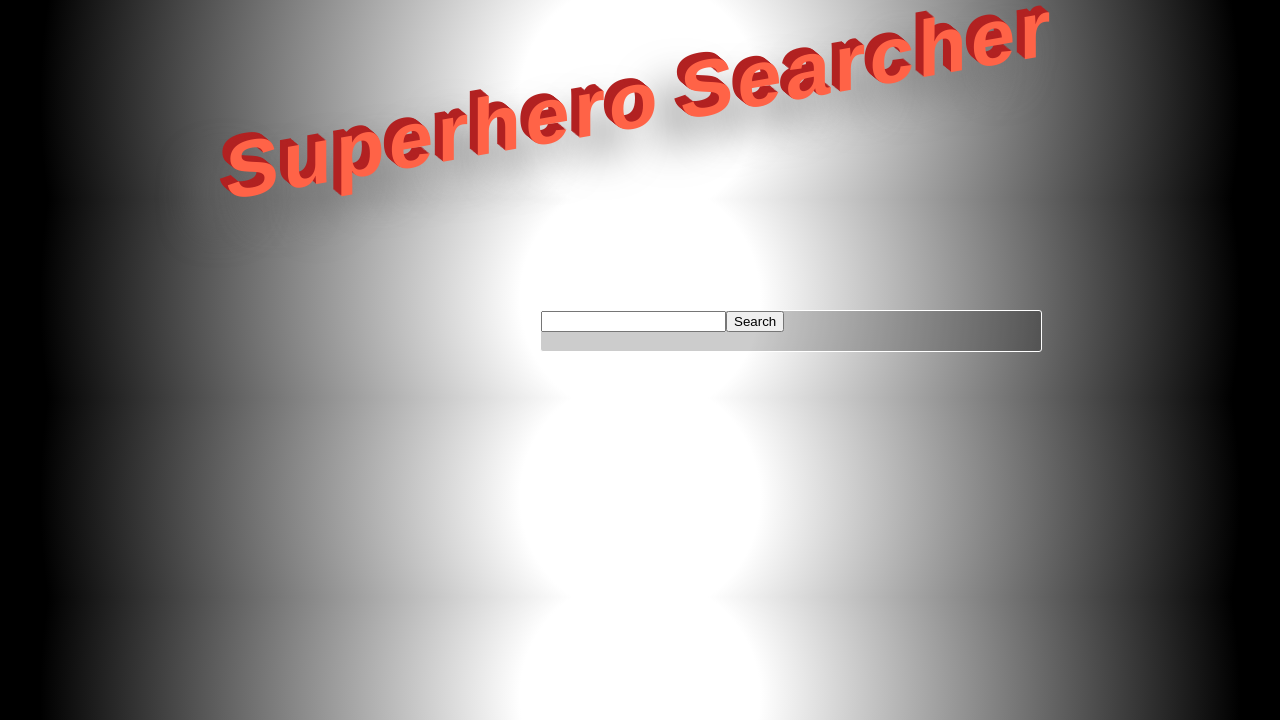
Repository: savi1623/SuperheroSearcher
Page: / (app in my-app/)
The author's editor kept a copy of each file at every save. The page is drawn from the files as they stood at one save, then again after a run of saves.
The browser window is 1280 px wide. The pictures show the whole page.
The project was rebuilt for these pictures with package versions that can differ from the ones it lists, and the page was loaded fresh each time. Also part of the build but not shown: my-app/src/SuperImage/SuperImage.scss, my-app/src/SuperImage/SuperImage.js, my-app/src/Stats/Stats.scss, my-app/src/Stats/Stats.js, my-app/src/Biography/Biography.scss, my-app/src/Biography/Biography.js, my-app/src/Apperance/Apperance.scss, my-app/src/Apperance/Apperance.js and 8 more.

Above is the page before, as saved 2020-02-28 10:47:23.

After the next 2 saves:
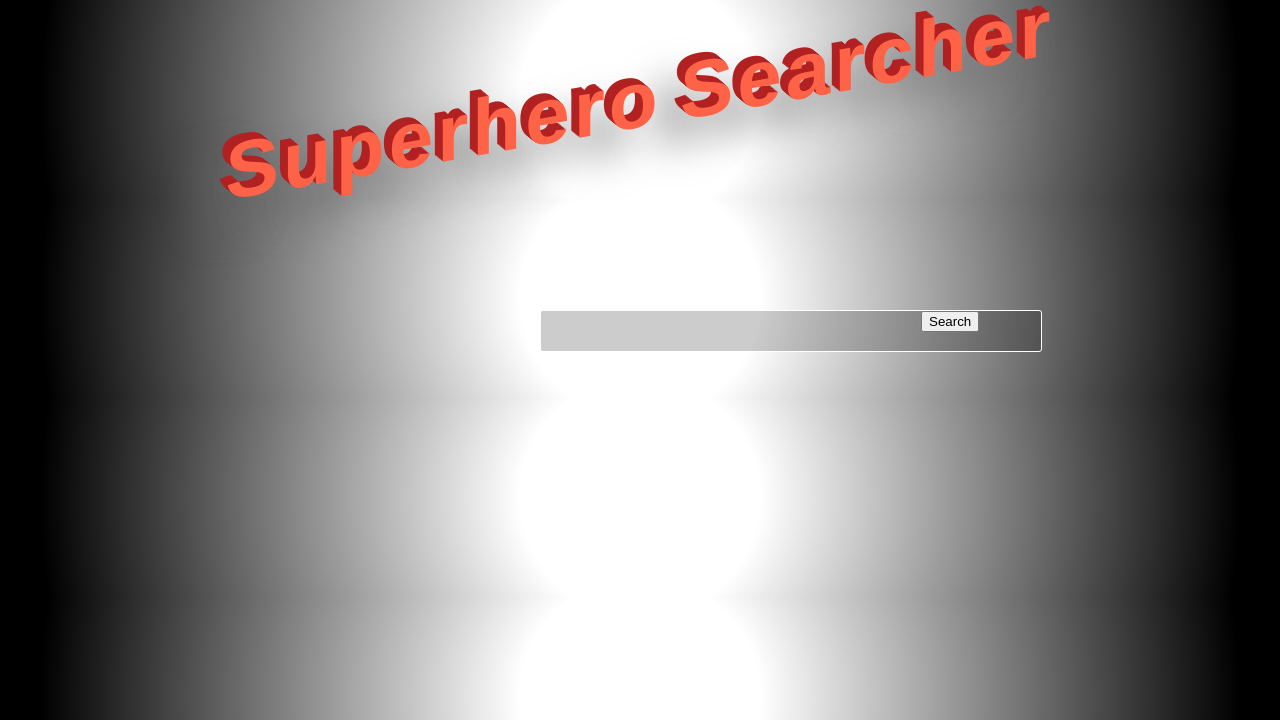
The 2 saves are shown as one change because 1 did not build or start.
The last was saved 44 s later.
--- a/my-app/src/App/App.scss
+++ b/my-app/src/App/App.scss
@@ -36,12 +36,25 @@
   background: rgba(0,0,0,.2);
   border-radius:  3px;
   border: 1px solid #fff;
+
+  .searchBar{
+    width: 370px;
+    padding: 10px 5px;
+    float: left;
+    color: #ccc;
+    border: 0;
+    background: transparent;
+    border-radius: 3px 0 0 3px;
+    &:focus {
+      outline: 0;
+      background:transparent;
+}}
+
 }
 
 
 
-.searchBar{
-}
+
 
 .searchButton{
 
